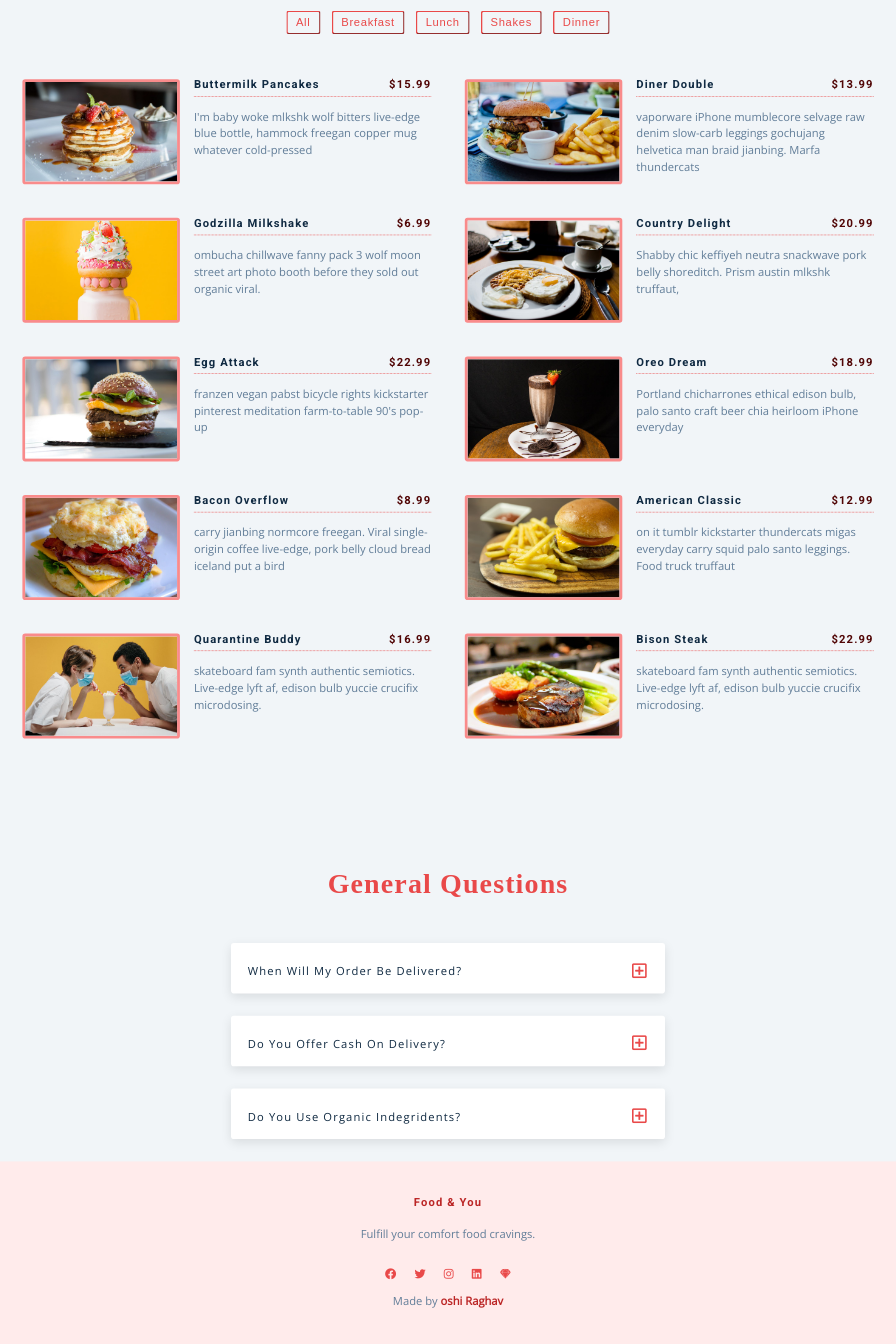
Repository: xoshiraghavx/Food-you
Page: index.html
The author's editor kept a copy of each file at every save. The page is drawn from the files as they stood at one save, then again after the next save.
The browser window is 1280 px wide. The pictures show the part of the page from y = 1013 to 2933 px (the page is 2933 px tall), at 70% of full size.
Some web libraries are served in a nearby version.

Above is the page before, as saved 2022-12-03 08:54:30.

After the next save:
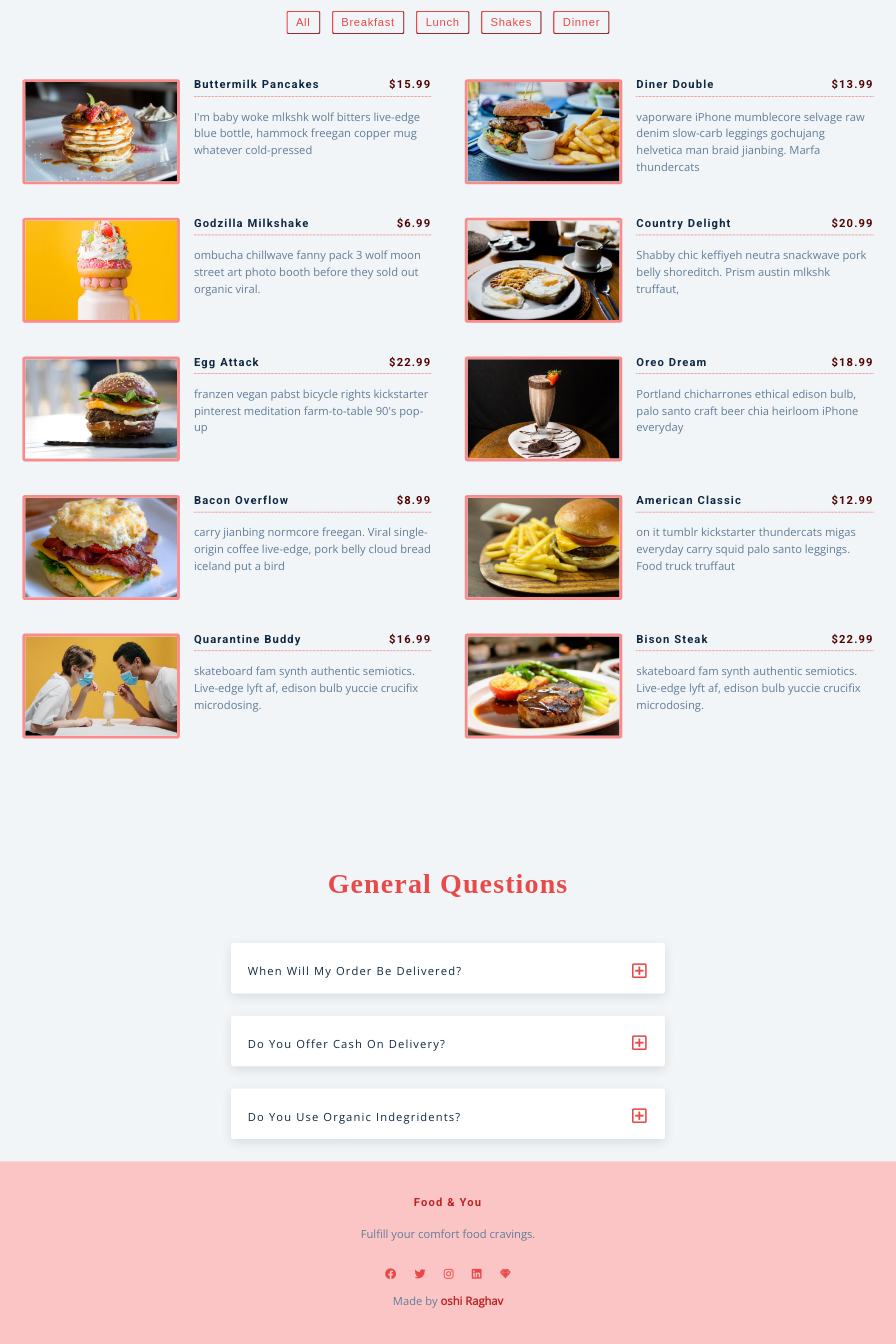
Saved 9 s later.
--- a/styles.css
+++ b/styles.css
@@ -519,7 +519,7 @@
   width: 100%;
   text-align: center;
   padding: 30px 0;
-  background: var(--clr-primary-10);
+  background: var(--clr-primary-9);
 }
 .footer h4{
   margin-bottom: 25px;

After the save that followed:
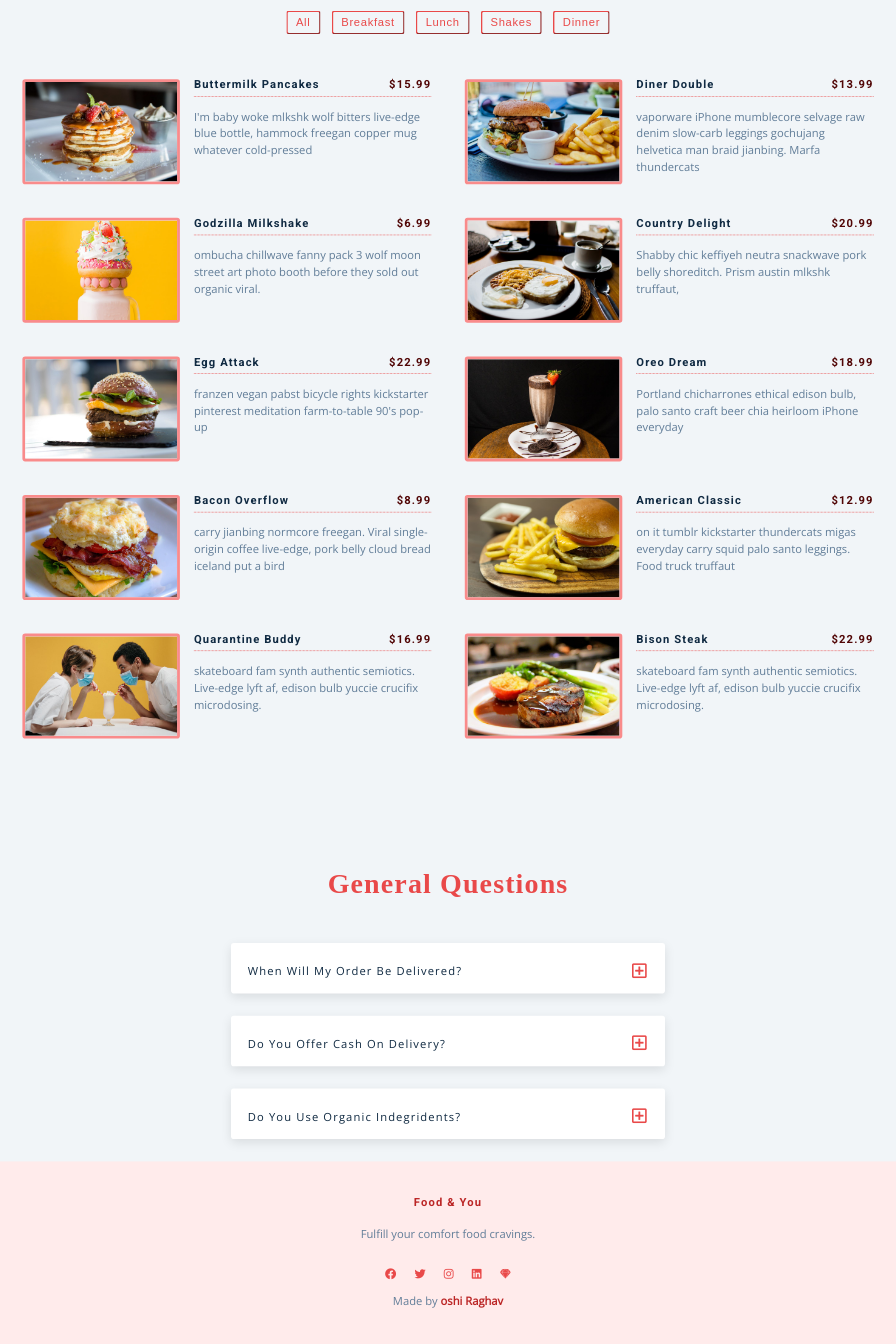
Saved 7 s later.
--- a/styles.css
+++ b/styles.css
@@ -519,7 +519,7 @@
   width: 100%;
   text-align: center;
   padding: 30px 0;
-  background: var(--clr-primary-9);
+  background: var(--clr-primary-10);
 }
 .footer h4{
   margin-bottom: 25px;
